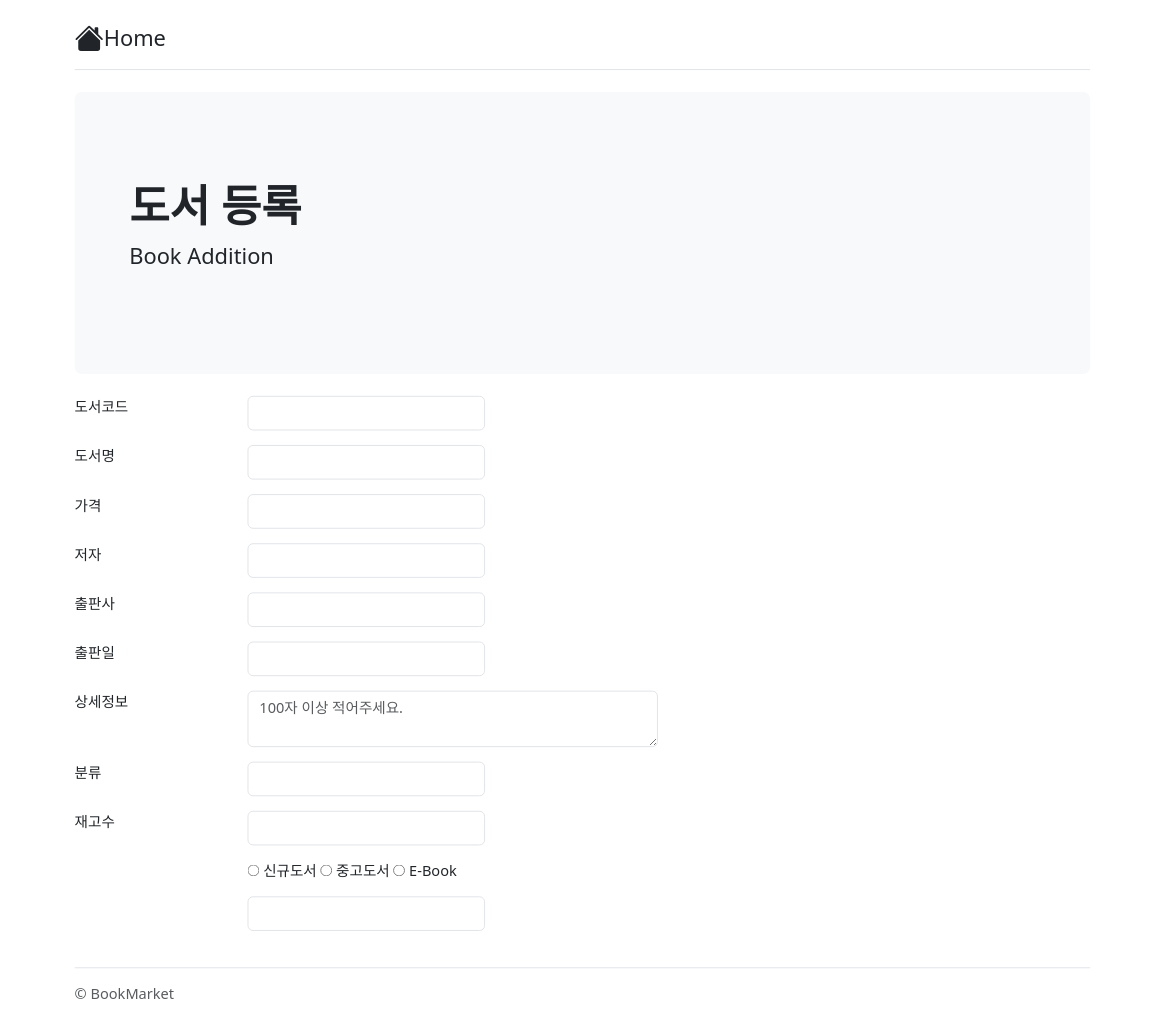
Repository: SJM7301/KH-JSP
Page: http://localhost/JSPBook/addBook.jsp
An editor plug-in stored every save of this project. The page is shown before and after the next save, followed by the edit.
The browser window is 1280 px wide. The pictures show the whole page, at 91% of full size.
The page is served by Tomcat 10. Other server files are loaded and not shown.

Above is the page before, as saved 2025-02-05 02:55:05.

### JSPBook/src/main/webapp/addBook.jsp
<%@ page language="java" contentType="text/html; charset=UTF-8"
	pageEncoding="UTF-8"%>
<!DOCTYPE html>
<html>
<head>
<meta charset="UTF-8">
<title>도서 등록</title>
<link href="https://cdn.jsdelivr.net/npm/bootstrap@5.3.0-alpha1/dist/css/bootstrap.min.css" rel="stylesheet">
</head>
<body>
	<div class="container py-4">
		<%@ include file="menu.jsp"%>

		<div class="p-5 mb-4 bg-body-tertiary rounded-3">
			<div class="container-fluid py-5">
				<h1 class="display-5 fw-bold">도서 등록</h1>
				<p class="col-md-8 fs-4">Book Addition</p>
			</div>
		</div>

		<div class="row align-items-md-stretch">
			<form name="newBook" action="./processAddBook.jsp" method="post">
				<div class="mb-3 row">
					<label class="col-sm-2">도서코드</label>
					<div class="col-sm-3">
						<input type="text" name="bookId" class="form-control">
					</div>
				</div>
				<div class="mb-3 row">
					<label class="col-sm-2">도서명</label>
					<div class="col-sm-3">
						<input type="text" name="name" class="form-control">
					</div>
				</div>
				<div class="mb-3 row">
					<label class="col-sm-2">가격</label>
					<div class="col-sm-3">
						<input type="text" name="unitPrice" class="form-control">
					</div>
				</div>
				<div class="mb-3 row">
					<label class="col-sm-2">저자</label>
					<div class="col-sm-3">
						<input type="text" name="author" class="form-control">
					</div>
				</div>
				<div class="mb-3 row">
					<label class="col-sm-2">출판사</label>
					<div class="col-sm-3">
						<input type="text" name="publisher" class="form-control">
					</div>
				</div>
				<div class="mb-3 row">
					<label class="col-sm-2">출판일</label>
					<div class="col-sm-3">
						<input type="text" name="releaseDate" class="form-control">
					</div>
				</div>

				<div class="mb-3 row">
					<label class="col-sm-2">상세정보</label>
					<div class="col-sm-5">
						<textarea name="description" rows="2" cols="50" class="form-control" placeholder="100자 이상 적어주세요."></textarea>
					</div>
				</div>
				<div class="mb-3 row">
					<label class="col-sm-2">분류</label>
					<div class="col-sm-3">
						<input type="text" name="category" class="form-control">
					</div>
				</div>
				<div class="mb-3 row">
					<label class="col-sm-2">재고수</label>
					<div class="col-sm-3">
						<input type="text" name="unitsInStock" class="form-control">
					</div>
				</div>
				<div class="mb-3 row">
					<label class="col-sm-2"></label>
					<div class="col-sm-3">
						<input type="radio" name="condition" value="New"> 신규도서
						<input type="radio" name="condition" value="Old"> 중고도서
						<input type="radio" name="condition" value="EBook"> E-Book
					</div>
				</div>
				<div class="mb-3 row">
					<label class="col-sm-2"></label>
					<div class="col-sm-3">
						<input type="text" name="" class="form-control">
					</div>
				</div>
			</form>
		</div>
		<jsp:include page="footer.jsp" />
	</div>
</body>
</html>

### JSPBook/src/main/webapp/menu.jsp
<%@ page language="java" contentType="text/html; charset=UTF-8"
    pageEncoding="UTF-8"%>
<!DOCTYPE html>
<html>
<head>
<meta charset="UTF-8">
<title>Insert title here</title>
</head>
<body>
	<header class="pb-3 mb-4 border-bottom">
			<a href="./books.jsp" class="d-flex align-items-center text-dark text-decoration-none">
			<svg width="32" height="32" fill="currentColor" class="bi bi-house-fill" viewBox="0 0 16 16">
				<path d="M8.707 1.5a1 1 0 0 0-1.414 0L.646 8.146a.5.5 0 0 0 .708.708L8 2.207l6.646 6.647a.5.5 0 0 0 .708-.708L13 5.793V2.5a.5.5 0 0 0-.5-.5h-1a.5.5 0 0 0-.5.5v1.293L8.707 1.5Z"/>
				<path d="m8 3.293 6 6V13.5a1.5 1.5 0 0 1-1.5 1.5h-9A1.5 1.5 0 0 1 2 13.5V9.293l6-6Z"/>
			</svg>
				<span class="fs-4">Home</span>
			</a>
		</header>
</body>
</html>

### JSPBook/src/main/webapp/footer.jsp
<%@ page language="java" contentType="text/html; charset=UTF-8"
    pageEncoding="UTF-8"%>
<!DOCTYPE html>
<html>
<head>
<meta charset="UTF-8">
<title>Insert title here</title>
</head>
<body>
	<footer class="pt-3 mt-4 text-body-secondary border-top">
			&copy; BookMarket
	</footer>
</body>
</html>

After the next save:
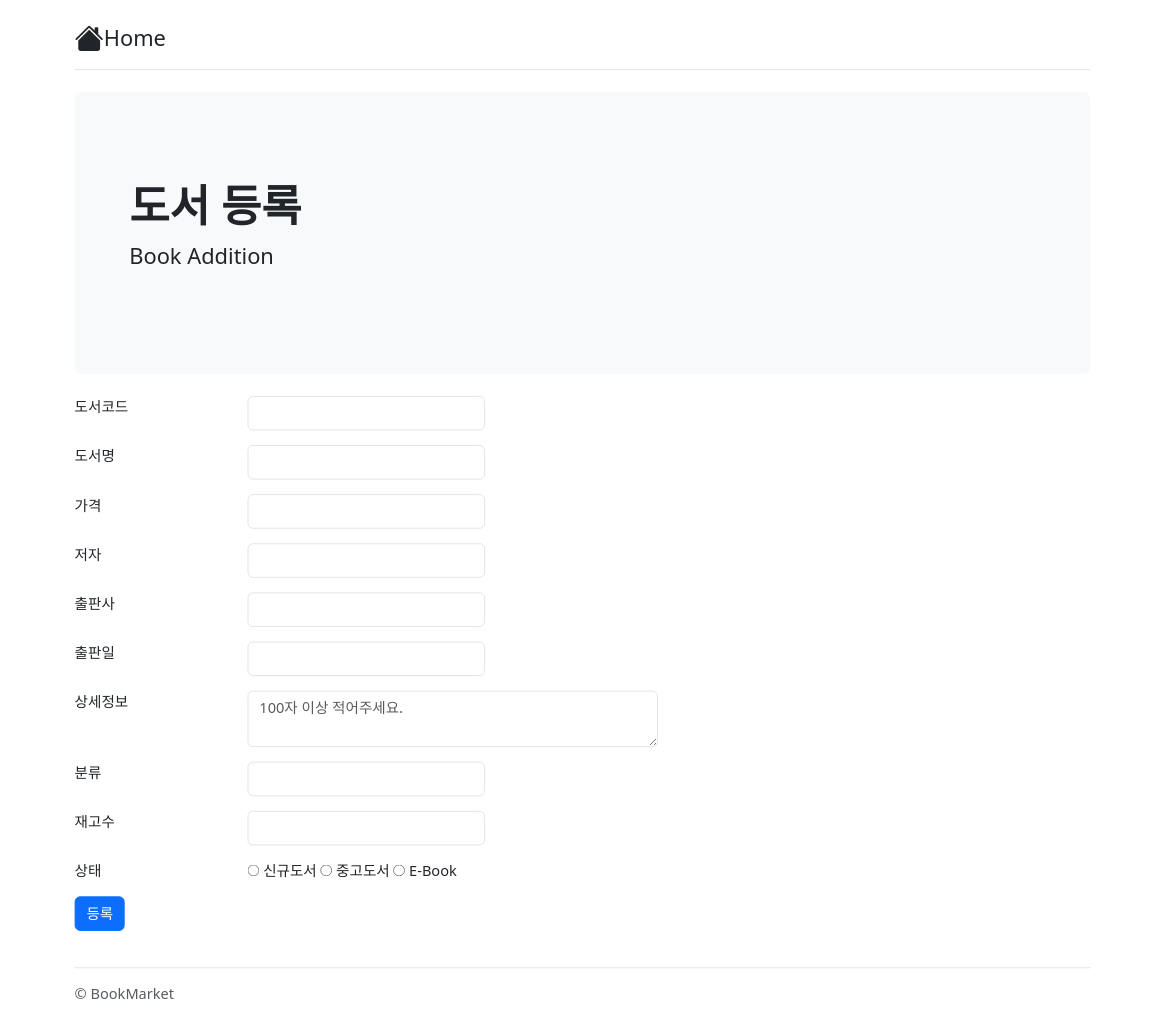
Saved 82 s later.
--- a/JSPBook/src/main/webapp/addBook.jsp
+++ b/JSPBook/src/main/webapp/addBook.jsp
@@ -76,7 +76,7 @@
 					</div>
 				</div>
 				<div class="mb-3 row">
-					<label class="col-sm-2"></label>
+					<label class="col-sm-2">상태</label>
 					<div class="col-sm-3">
 						<input type="radio" name="condition" value="New"> 신규도서
 						<input type="radio" name="condition" value="Old"> 중고도서
@@ -84,9 +84,8 @@
 					</div>
 				</div>
 				<div class="mb-3 row">
-					<label class="col-sm-2"></label>
-					<div class="col-sm-3">
-						<input type="text" name="" class="form-control">
+					<div class="col-sm-offset-2 col-sm-10">
+						<input type="submit" class="btn btn-primary" value="등록">
 					</div>
 				</div>
 			</form>
